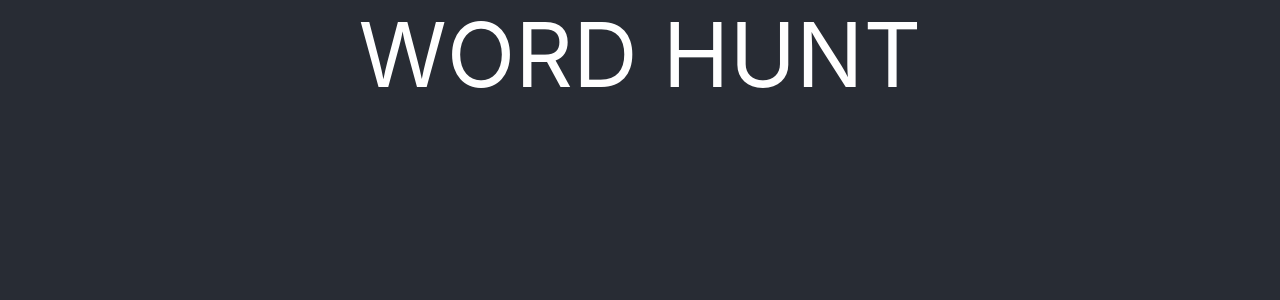
Repository: om1ars/react-translator
Page: /
The author's editor kept a copy of each file at every save. The page is drawn from the files as they stood at one save, then again after a run of saves.
The browser window is 1280 px wide. The pictures show the whole page.
The page's requests for data from a server got no answer. The project was rebuilt for these pictures with package versions that can differ from the ones it lists, and the page was loaded fresh each time. No one was signed in, and anything a server would have sent is missing.

Above is the page before, as saved 2021-10-06 22:08:33.

After the next 28 saves:
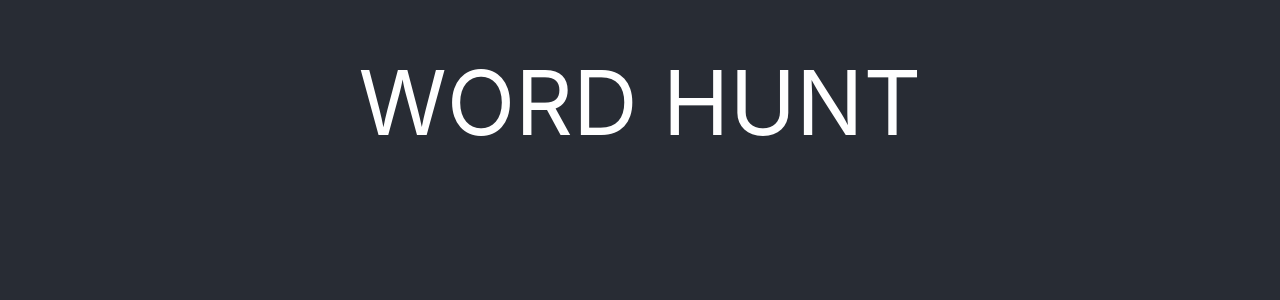
The 28 saves are shown as one change because they came seconds apart.
The last was saved 38 s later.
--- a/src/components/Header/Header.css
+++ b/src/components/Header/Header.css
@@ -3,3 +3,11 @@
     text-transform: uppercase;
     color: white;
 }
+.header {
+    display: flex;
+    align-items: center;
+    justify-content: space-evenly;
+    flex-direction: column;
+    height: 35vh;
+    width: 100%;
+}
